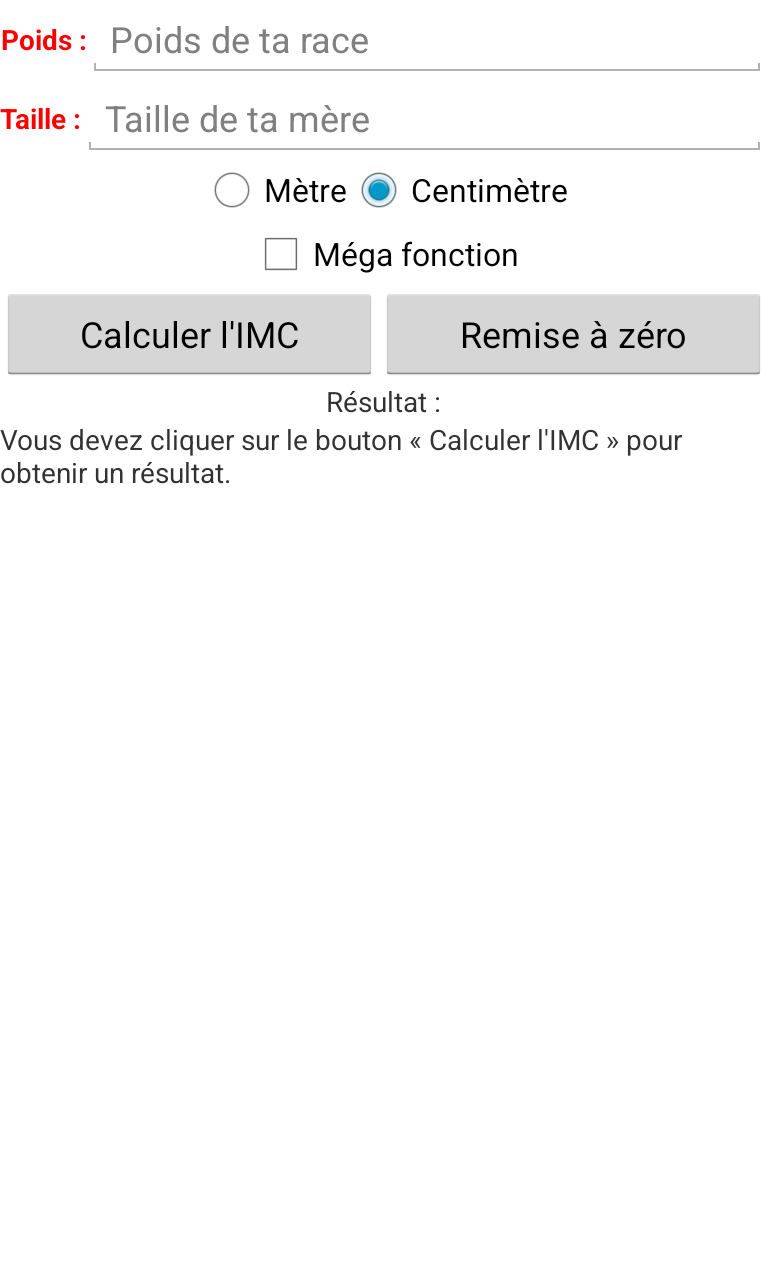
Repository: BlackyFox/PST4-NFC
Layout: Antoine/App_test/res/layout/activity_main.xml
The author's editor kept a copy of each file at every save. The layout is drawn from the files as they stood at one save, then again after the next save.
It is drawn on a 768 x 1280 px phone screen (xhdpi) without system bars, with theme AppTheme; the app's code is not run.

Above is the layout before, as saved 2014-11-03 16:47:00.

After the next save:
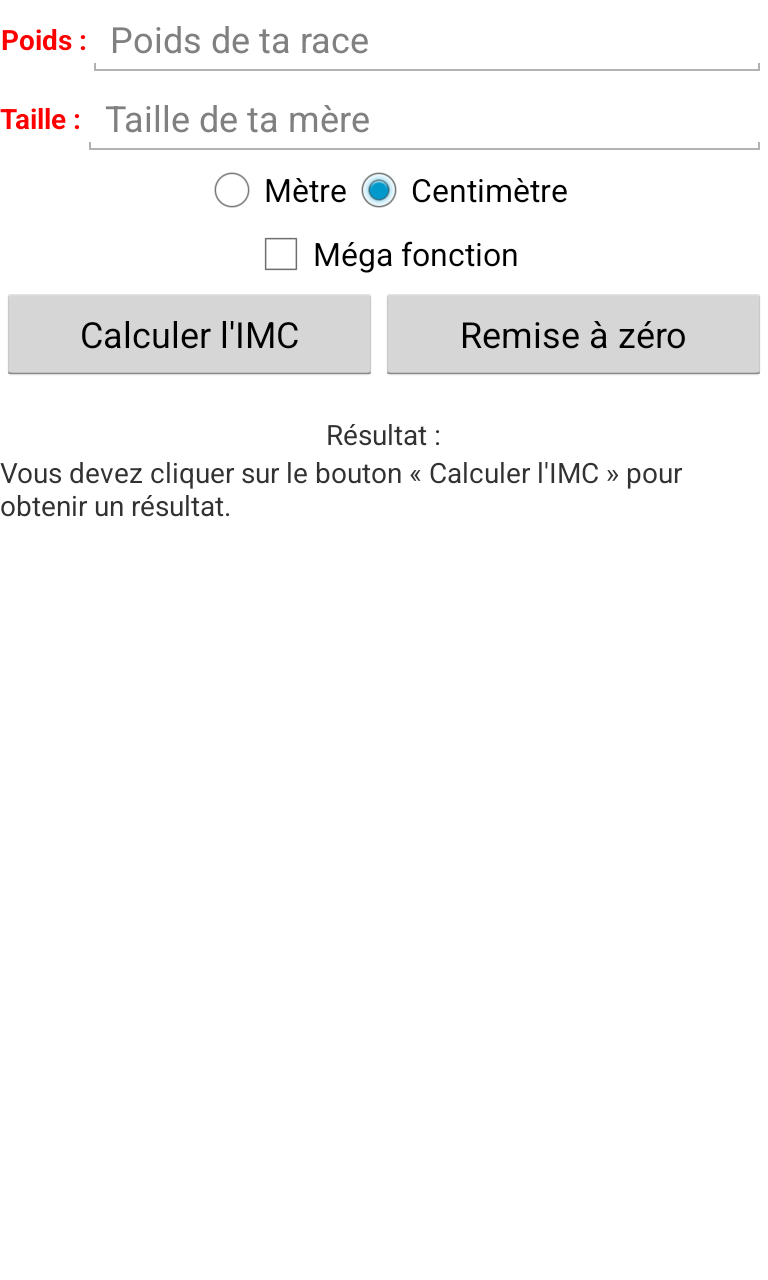
Saved 5 min 5 s later.
--- a/Antoine/App_test/res/values/strings.xml
+++ b/Antoine/App_test/res/values/strings.xml
@@ -7,7 +7,7 @@
     <string name="poids">Poids :</string>
     <string name="hint_poids">Poids de ta race</string>
     <string name="result">Vous devez cliquer sur le bouton « Calculer l\'IMC » pour obtenir un résultat.</string>
-    <string name="resultat">Résultat : </string>
+    <string name="resultat">\nRésultat : </string>
     <string name="raz">Remise à zéro</string>
     <string name="calcul">Calculer l\'IMC</string>
     <string name="mega">Méga fonction</string>
